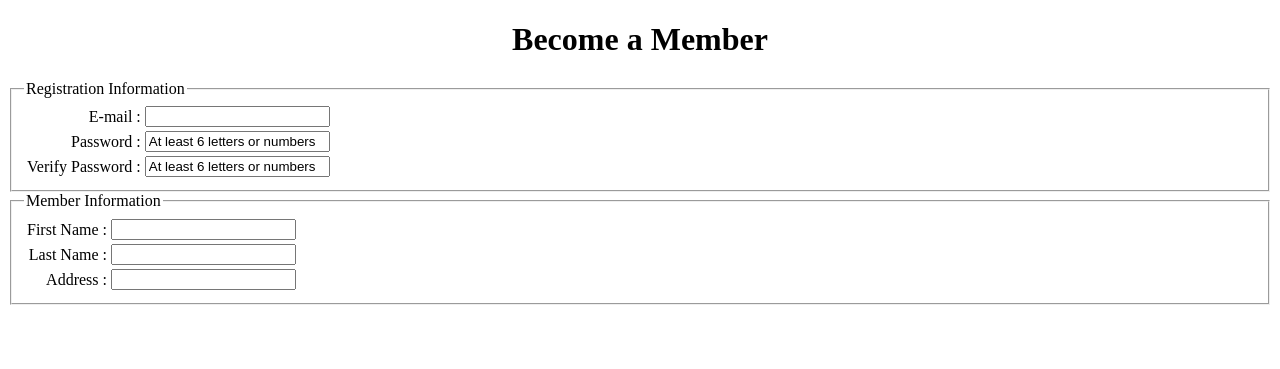
Repository: kjungyoun/Web_Study_2021
Page: homework_front/WebContent/0302/0302.html
The author's editor kept a copy of each file at every save. The page is drawn from the files as they stood at one save, then again after the next save.
The browser window is 1280 px wide. The pictures show the whole page.

Above is the page before, as saved 2021-03-02 11:04:38.

After the next save:
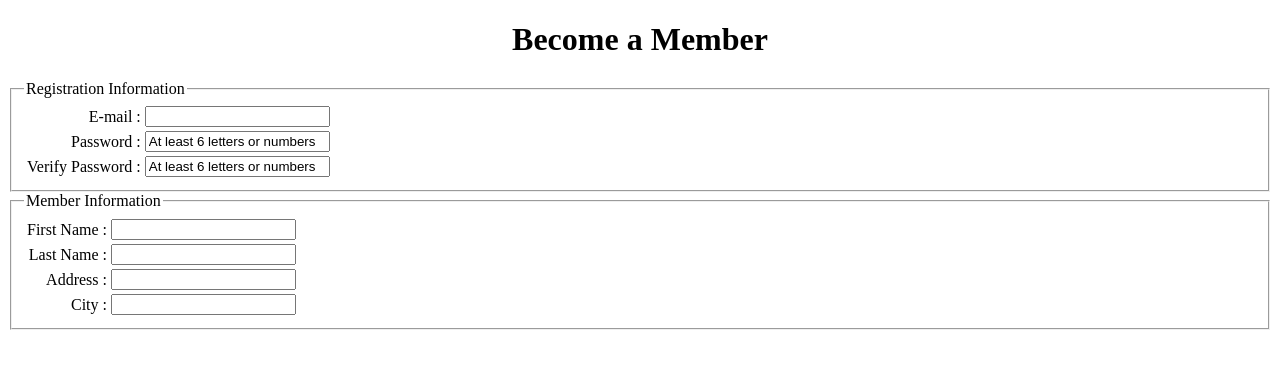
Saved 39 s later.
--- a/homework_front/WebContent/0302/0302.html
+++ b/homework_front/WebContent/0302/0302.html
@@ -70,6 +70,14 @@
 						<input type="text" id="addr" name="addr">
 					</td>
 				</tr>
+				<tr>
+					<td align="right">
+						<label for="city">City : </label>
+					</td>
+					<td align="left">
+						<input type="text" id="city" name="city">
+					</td>
+				</tr>
 			</tbody>
 		</table>
 	</fieldset>
